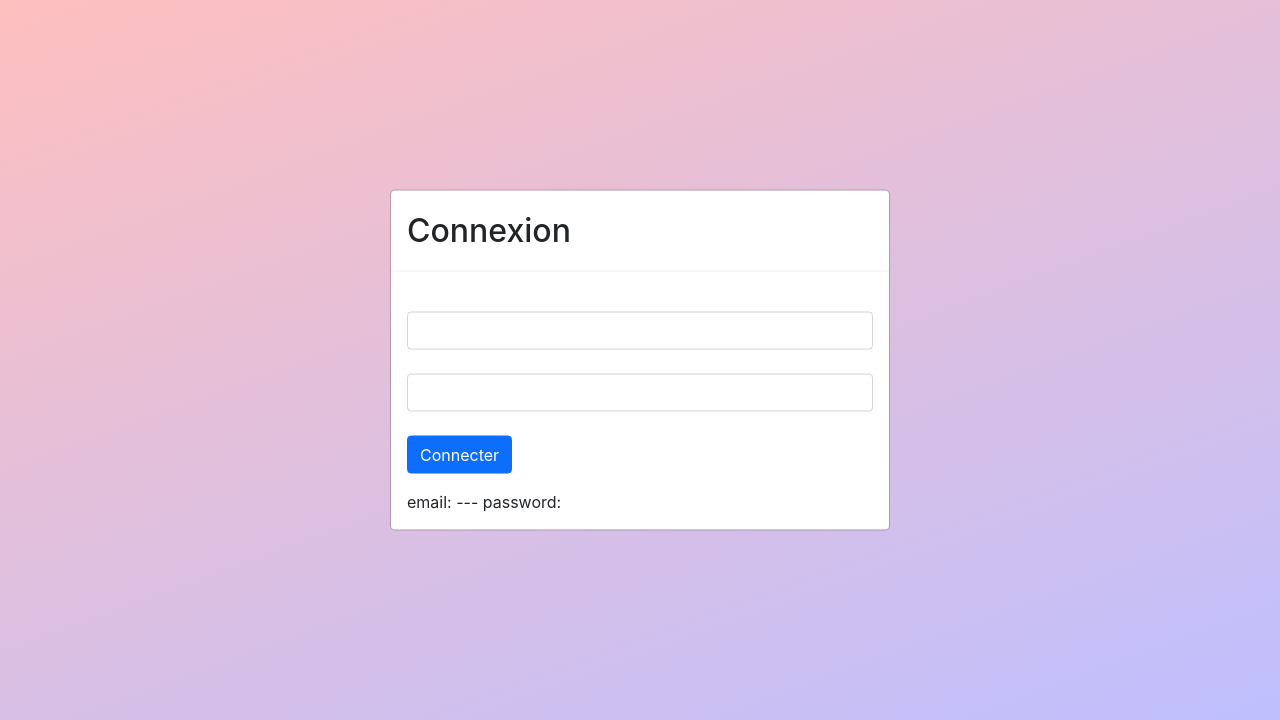
Repository: FS-23/react-task-manager
Page: /login
An editor plug-in stored every save of this project. The page is shown before and after the next save, followed by the edit.
The browser window is 1280 px wide. The pictures show the whole page.
The project was rebuilt for these pictures with package versions that can differ from the ones it lists, and the page was loaded fresh each time.

Above is the page before, as saved 2022-04-28 14:26:17.

After the next save:
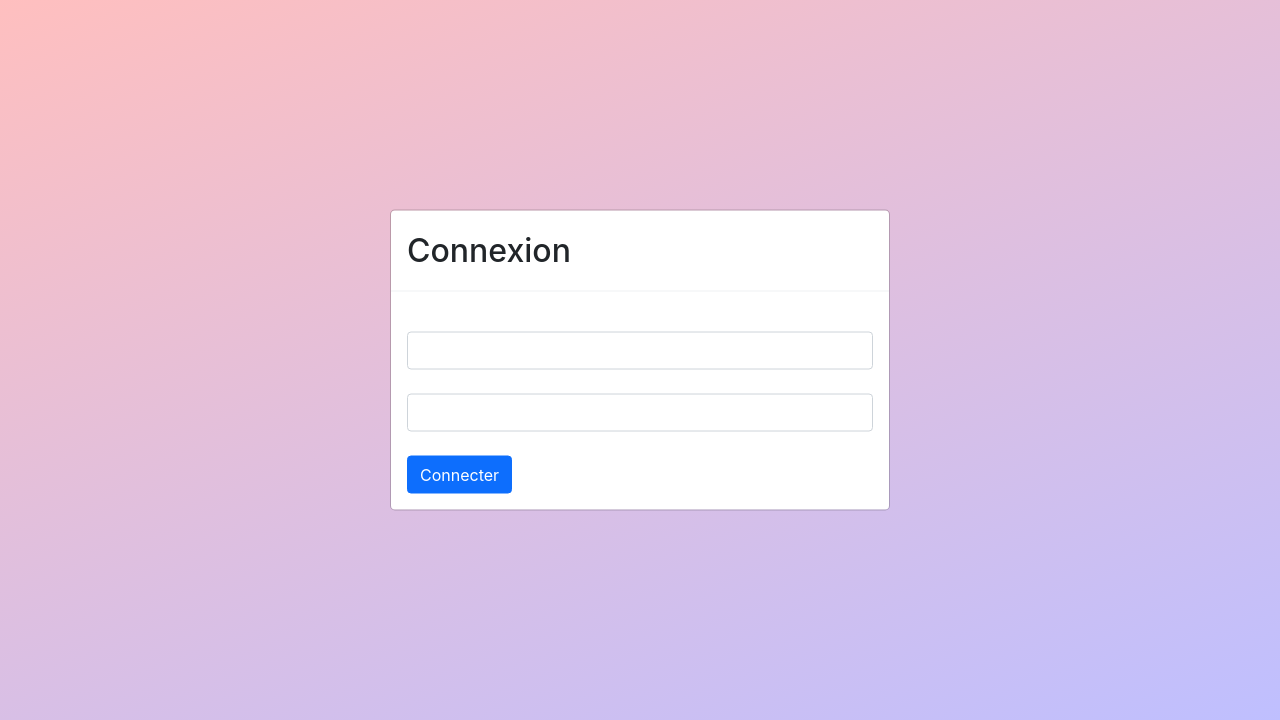
Saved 24 s later.
--- a/src/components/Login.js
+++ b/src/components/Login.js
@@ -45,10 +45,7 @@ function Login(){
                                                 Connecter
                                                 {loading ? <div className='spinner-border ms-1 spinner-border-sm'></div>: ''}
                                             </button>
-                                            <div className='mt-3'>
-                                                    email: {email} ---
-                                                    password: {password}
-                                            </div>
+
                                         </form>
                                     </div>
                                </div>
